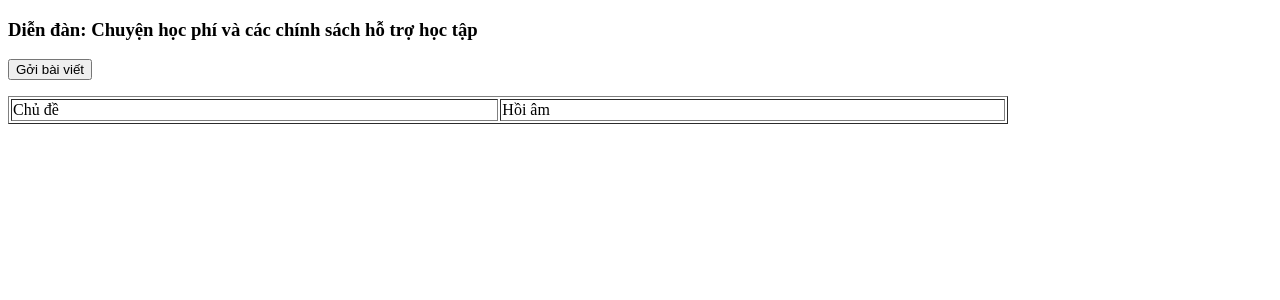
Repository: nguyenthanhnhan-st-961/GiuaKyChuyenDeWeb
Page: http://localhost/listTopics
The author's editor kept a copy of each file at every save. The page is drawn from the files as they stood at one save, then again after the next save.
The browser window is 1280 px wide. The pictures show the whole page.
The page is this project's Thymeleaf template; nobody is signed in. The template is opened directly, without the code that normally fills it, so the values that code supplies are empty.

Above is the page before, as saved 2023-04-12 00:57:58.

### Forum/src/main/resources/templates/listTopics.html
<!DOCTYPE html>
<html xmlns:th="http://www.thymeleaf.org">
<head>
<meta charset="ISO-8859-1">
<title></title>
</head>
<body>
	<h3>Diễn đàn: Chuyện học phí và các chính sách hỗ trợ học tập</h3>

	<p> <a href="#"><button type="button">Gởi bài viết</button></a></p>

	<table border="1" style="width:1000px">
		<thead>
			<tr>
				<td>Chủ đề</td>
				<td>Hồi âm</td>
			</tr>
		</thead>
		<tbody>
			<tr th:each="topic : ${topics}">
				<td>
					<a th:href="@{/showTopic (id=${topic.getId()})}" th:text="${topic.title}"></a><br>
						 <p th:with="newMessage=${topic.getNewMessage()}">
							 Bài mới nhất by
							 <a href="#" th:if="${newMessage != null}" th:text="${newMessage.creator.username}"></a>,
							 <a href="#" th:if="${newMessage == null}" th:text="${topic.creator.username}"></a>,
							<span th:text="${topic.createdTime}"></span>

						 </p>
				</td>
				<td th:text="${topic.messages.size()}"></td>
			</tr>
		</tbody>
	</table>
</body>
</html>

After the next save:
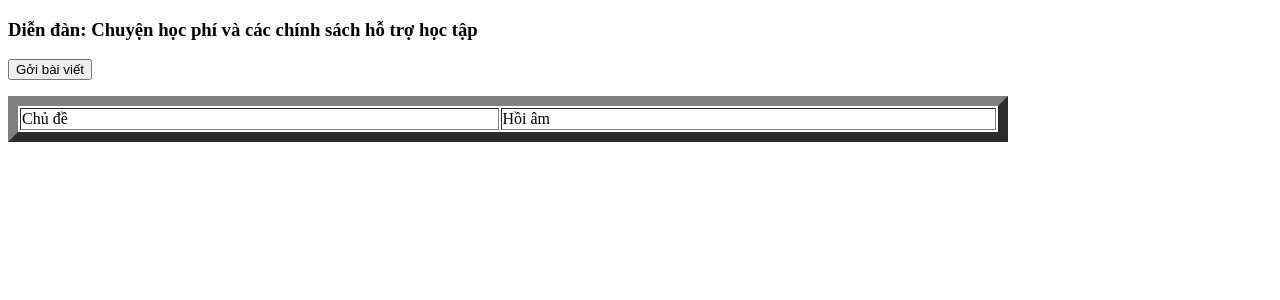
Saved 13 s later.
--- a/Forum/src/main/resources/templates/listTopics.html
+++ b/Forum/src/main/resources/templates/listTopics.html
@@ -9,7 +9,7 @@
 
 	<p> <a href="#"><button type="button">Gởi bài viết</button></a></p>
 
-	<table border="1" style="width:1000px">
+	<table border="10" style="width:1000px">
 		<thead>
 			<tr>
 				<td>Chủ đề</td>

After the save that followed:
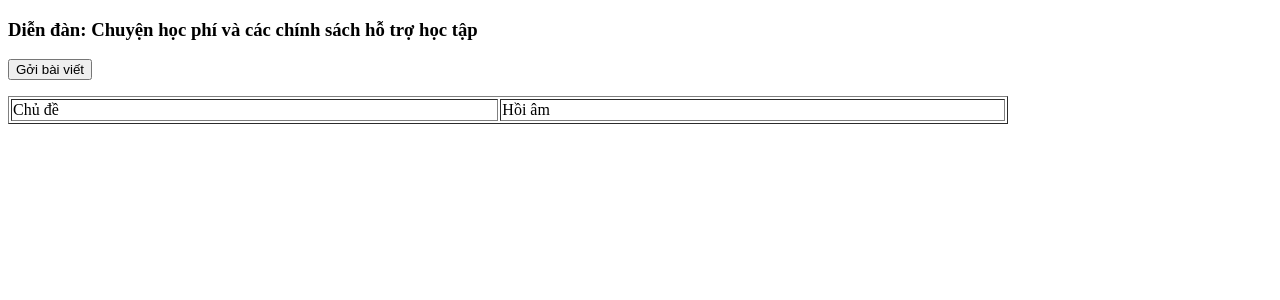
Saved 7 s later.
--- a/Forum/src/main/resources/templates/listTopics.html
+++ b/Forum/src/main/resources/templates/listTopics.html
@@ -9,7 +9,7 @@
 
 	<p> <a href="#"><button type="button">Gởi bài viết</button></a></p>
 
-	<table border="10" style="width:1000px">
+	<table border="1" style="width:1000px">
 		<thead>
 			<tr>
 				<td>Chủ đề</td>
